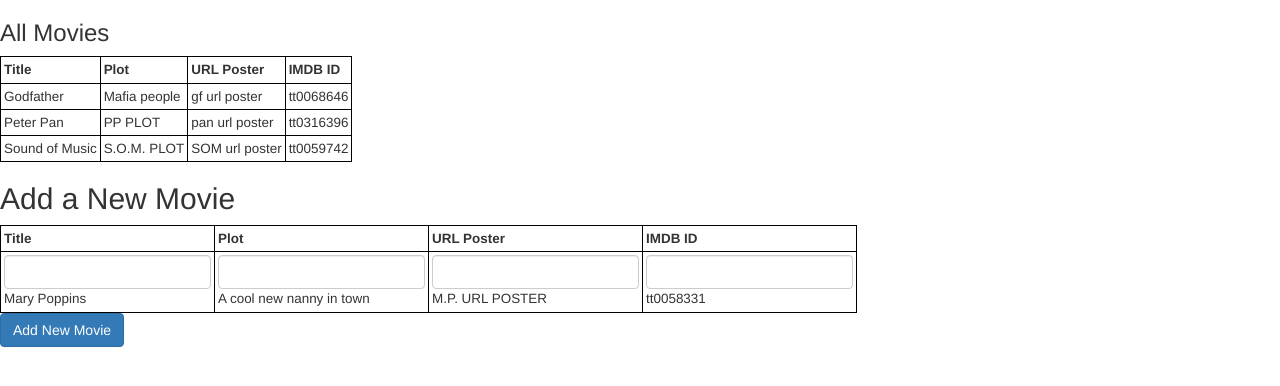
Repository: gitsana/JoseAnnunziato
Page: MyRestfulService/WebContent/movies.html
The author's editor kept a copy of each file at every save. The page is drawn from the files as they stood at one save, then again after the next save.
The browser window is 1280 px wide. The pictures show the whole page.
The page's requests for data from a server got no answer.

Above is the page before, as saved 2015-10-02 03:29:28.

### MyRestfulService/WebContent/movies.html
<!DOCTYPE html>
<html>
<head>
<meta charset="UTF-8">
<title>All Movies</title>
<link rel="stylesheet" href="https://maxcdn.bootstrapcdn.com/bootstrap/3.3.5/css/bootstrap.min.css">
</head>
<style>
	table,th,td {
		border: 1px solid black;
	    border-collapse: collapse;
		font-size: .98em;
		padding: 3px;
	}
</style>
<body>


<h3>All Movies</h3>
<table id="movietable">
	<tr>
		<th>Title</th>
		<th>Plot</th>
		<th>URL Poster</th>
		<th>IMDB ID</th>
	</tr>
</table>

<h2>Add a New Movie</h2>
<table>
	<tr>
		<th>Title</th>
		<th>Plot</th>
		<th>URL Poster</th>
		<th>IMDB ID</th>
	</tr>
	<tr>
		<td><input class="form-control" id="newtitle">Mary Poppins</td>
		<td><input class="form-control" id="newplot">A cool new nanny in town</td>
		<td><input class="form-control" id="newurlposter">M.P. URL POSTER</td>
		<td><input class="form-control" id="newimdbid">tt0058331</td>
	</tr>
</table>
<button class="btn btn-primary" id="addButton">Add New Movie</button>

<div id="div1"></div>

<script src="jquery/jquery-1.11.3.js"></script>
<script src="javascript/allMovies.js"></script>

</body>
</html>

### MyRestfulService/WebContent/javascript/allMovies.js
$(document).ready(function() {
	// hard-coded
	var movie = [{ title: "Godfather", plot: "Mafia people", urlposter: "gf url poster", imdbid: "tt0068646" },
	              { title: "Peter Pan", plot: "PP PLOT", urlposter: "pan url poster", imdbid: "tt0316396" },
	              { title: "Sound of Music", plot: "S.O.M. PLOT", urlposter: "SOM url poster", imdbid: "tt0059742" } ];

	// request from API
	$.ajax({
			url: "/MyRestfulService/rest/movie",
			type: "get", // by default it's get unless specified
			contentType: "application/json",
			dataType: "json",
			data: JSON.stringify(movie),
			success: function(data) {
				console.log("*** Jquery success ***" );
				var i = 0;
				$.each(data, function(i){
					$("#movietable").last().append("<tr><td>" + data[i].title + "</td><td>" + data[i].plot +
							"</td><td>" + data[i].urlPoster + "</td><td>" + data[i].imdbId + "</td></tr>");
					i += 1;
				});

			},
			error: function(jqXHR, textStatus, errorThrown) {
				console.log("*** ERROR: jqXHR = " + jqXHR + ", textStatus = " + textStatus
						+ ", errorThrown = " + errorThrown)
			}
		}); // end of ajax request for all movies

	$.each(movie, function(key, value){
		$("#movietable").last().append("<tr><td>" + value.title + "</td><td>" + value.plot +
				"</td><td>" + value.urlposter + "</td><td>" + value.imdbid + "</td></tr>");
	}); // end for .each movie

	$("#addButton").click(function(){
		var newTitle = $("#newtitle").val();
		var newPlot = $("#newplot").val();
		var newUrlPoster = $("#newurlposter").val();
		var newImdbId = $("#newimdbid").val();

		$("#div1").append(newTitle + " " + newPlot + " " + newUrlPoster + " " + newImdbId); // test
	});

}); // end document.ready

Loaded but not shown: MyRestfulService/WebContent/jquery/jquery-1.11.3.js (library)

After the next save:
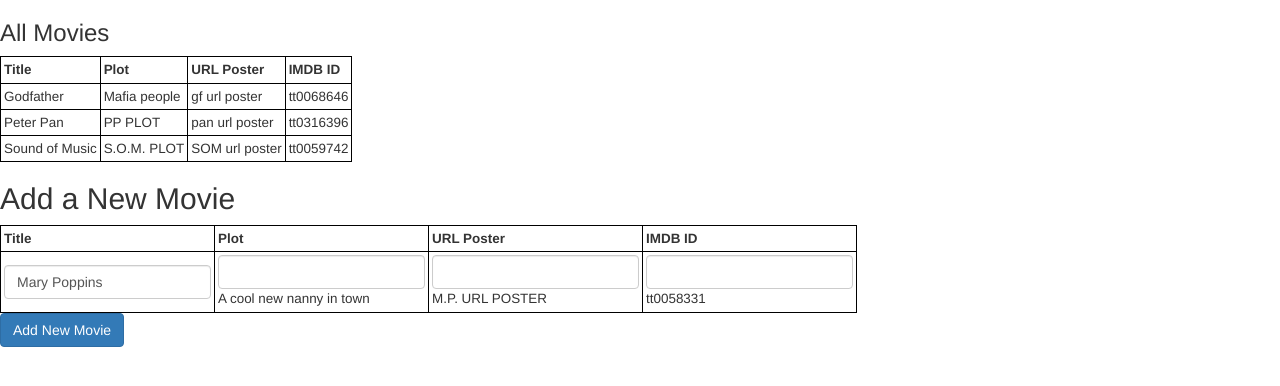
Saved 33 s later.
--- a/MyRestfulService/WebContent/movies.html
+++ b/MyRestfulService/WebContent/movies.html
@@ -35,7 +35,7 @@
 		<th>IMDB ID</th>
 	</tr>
 	<tr>
-		<td><input class="form-control" id="newtitle">Mary Poppins</td>
+		<td><input class="form-control" id="newtitle" value="Mary Poppins"></td>
 		<td><input class="form-control" id="newplot">A cool new nanny in town</td>
 		<td><input class="form-control" id="newurlposter">M.P. URL POSTER</td>
 		<td><input class="form-control" id="newimdbid">tt0058331</td>
